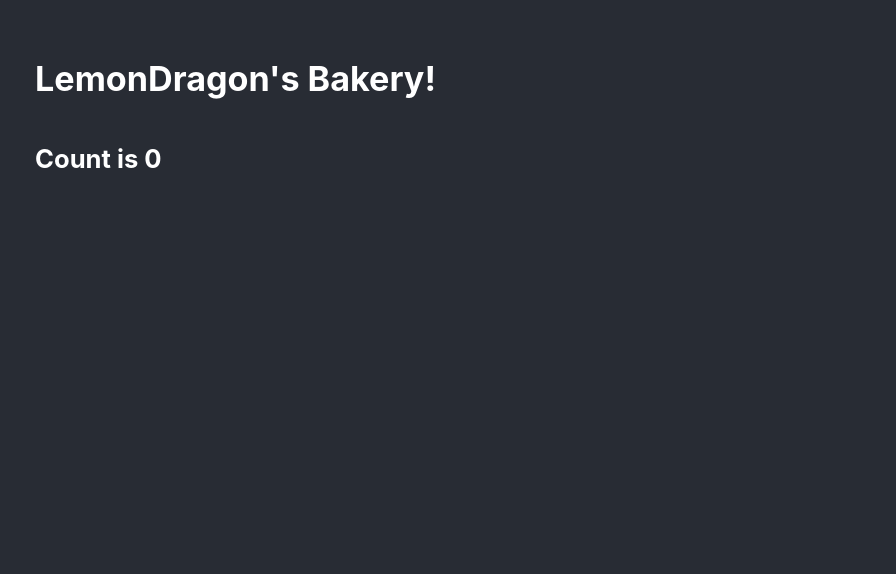
Repository: happydragon200/development
Page: /
An editor plug-in stored every save of this project. The page is shown before and after a run of saves, followed by the edit.
The browser window is 1280 px wide. The pictures show the part of the page from y = 0 to 1920 px (the page is 820 px tall before and 3400 px after), at 70% of full size.
The project was rebuilt for these pictures with package versions that can differ from the ones it lists, and the page was loaded fresh each time.

Above is the page before, as saved 2022-12-01 20:32:07.

After the next 7 saves:
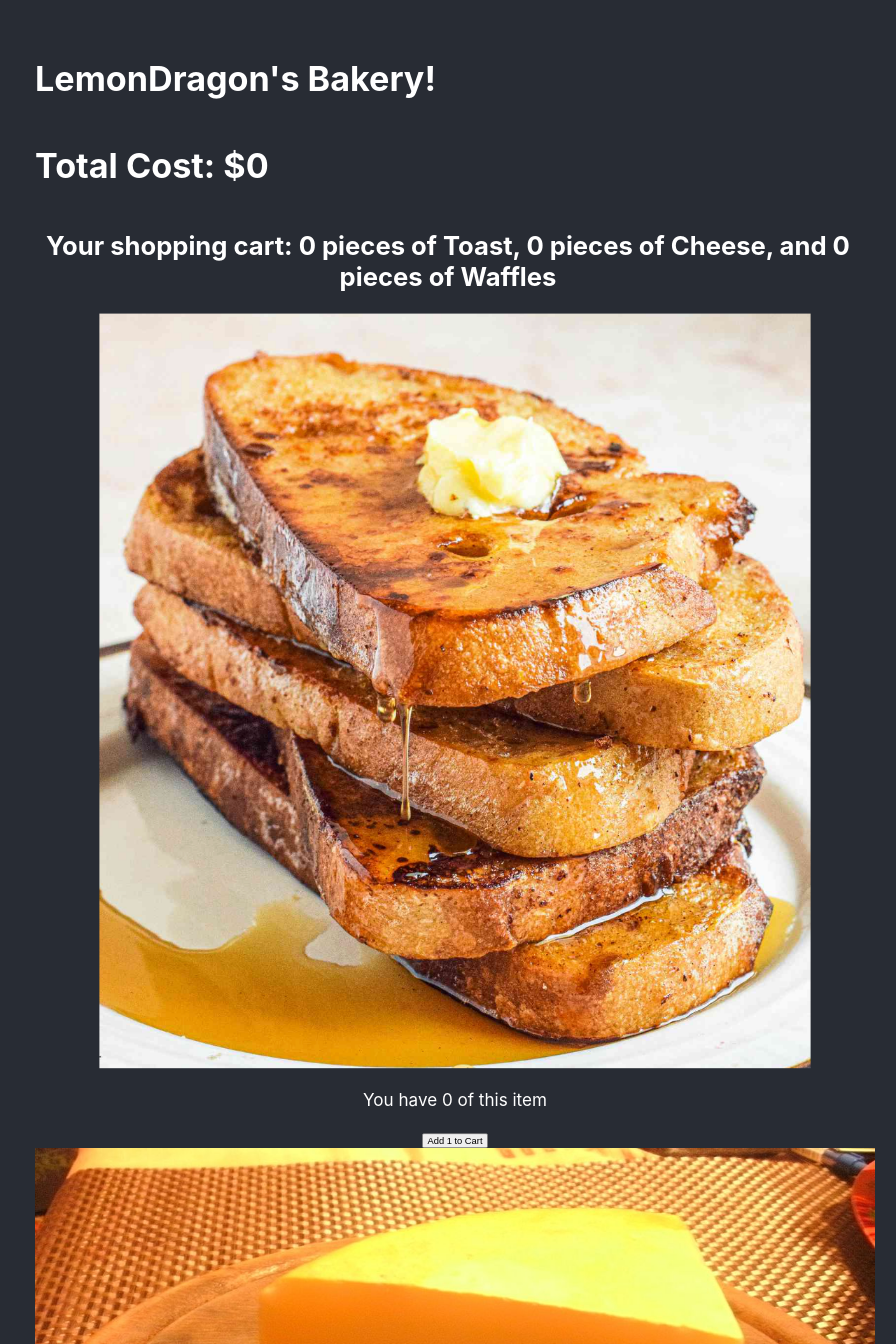
The 7 saves are shown as one change because 5 did not build or start and some came seconds apart.
The last was saved 3 min 56 s later.
--- a/src/App.js
+++ b/src/App.js
@@ -1,18 +1,60 @@
 
 import React, { useState } from 'react';
+import baguette from './images/baguette.jpg'
+import toast from './images/toast.png'
+import cheese from './images/cheese.jpg'
+import waffle from './images/waffle.jpg'
 import './App.css';
 
 function App() {
-  const [count, setCount] = useState(0);
 
   return (
     <div className="App">
       <header className="App-header">
         <h1>LemonDragon's Bakery!</h1>
-        <h2>Count is {count}</h2>
+        <Menu/>
       </header>
     </div>
   );
+}
+
+function Menu() {
+  const [toast_count, toast_setcount] = useState(0)
+  const [cheese_count, cheese_setcount] = useState(0)
+  const [waffle_count, waffle_setcount] = useState(0)
+
+  const toast_price = 5
+  const cheese_price = 10
+  const waffle_price = 100
+
+  return (
+    <>
+      <h1>Total Cost: ${toast_count * toast_price + cheese_count * cheese_price + waffle_count * waffle_price}</h1>
+      <h2>Your shopping cart: {toast_count} pieces of Toast, {cheese_count} pieces of Cheese, and {waffle_count} pieces of Waffles</h2>
+
+
+      <div className="flex-parent">
+        <BakeryItem
+          className="inline"
+          img={toast}
+          count={toast_count}
+          setCount={toast_setcount}
+        />
+        <BakeryItem
+          className="inline"
+          img={cheese}
+          count={cheese_count}
+          setCount={cheese_setcount}
+        />
+        <BakeryItem
+          className="inline"
+          img={waffle}
+          count={waffle_count}
+          setCount={waffle_setcount}
+        />
+      </div>
+    </>
+  )
 }
 
 function BakeryItem(prop) {
